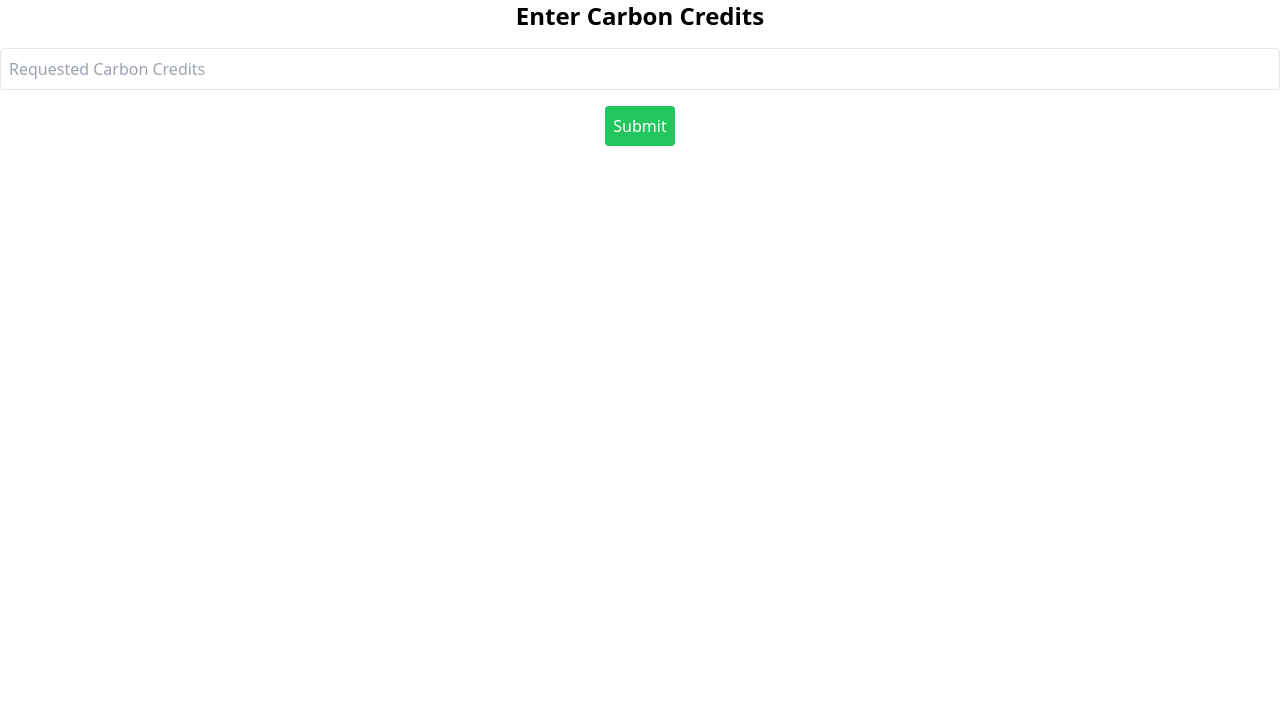
Repository: kayacancode/tolgrainger
Page: /input
An editor plug-in stored every save of this project. The page is shown before and after the next save, followed by the edit.
The browser window is 1280 px wide. The pictures show the whole page.
The project was rebuilt for these pictures with package versions that can differ from the ones it lists, and the page was loaded fresh each time. The framework's server and built-in components were replaced by stand-ins that run in the browser. Also part of the build but not shown: next.config.mjs.

Above is the page before, as saved 2024-10-23 16:34:00.

### src/app/input/page.tsx
"use client";


import { useState } from "react";
import { useRouter } from "next/navigation";

export default function CarbonInputPage() {
  const [credits, setCredits] = useState<number | "">("");
  const router = useRouter();

  const handleSubmit = (e: React.FormEvent) => {
    e.preventDefault();
    router.push("/result");
  };

  return (
    <form onSubmit={handleSubmit} className="space-y-4 text-center">
      <h2 className="text-2xl font-bold">Enter Carbon Credits</h2>
      <input
        type="number"
        placeholder="Requested Carbon Credits"
        value={credits}
        onChange={(e) => setCredits(e.target.value)}
        className="w-full p-2 border rounded"
      />
      <button type="submit" className="bg-green-500 text-white p-2 rounded">
        Submit
      </button>
    </form>
  );
}

### tailwind.config.js
/** @type {import('tailwindcss').Config} */
module.exports = {
  content: [
    "./src/**/*.{js,jsx,ts,tsx}", // Include all your React components
    "./public/index.html",
  ],
  theme: {
    extend: {},
  },
  plugins: [],
};

### src/components/SideBar.tsx
// components/Sidebar.tsx
"use client";

import React, { useState } from 'react';
import { useRouter } from 'next/navigation';

const Sidebar = () => {
  const router = useRouter();
  const [active, setActive] = useState<string>("");

  const handleNavigation = (path: string) => {
    setActive(path);
    router.push(path);
  };

  const links = [
    { name: "Home", path: "/" },
    { name: "Input", path: "/input" },
    { name: "Results", path: "/result" },
  ];

  return (
    <div className="w-64 h-screen bg-[#72A603] text-black flex flex-col">
      <h2 className="text-center text-2xl font-bold py-4">Tree of Life</h2>
      <nav className="flex-1">
        <ul>
          {links.map((link) => (
            <li key={link.path} className="py-2 px-4">
              <button
                className={`w-full text-left p-2 rounded hover:bg-gray-700 ${
                  active === link.path ? "bg-gray-700" : ""
                }`}
                onClick={() => handleNavigation(link.path)}
              >
                {link.name}
              </button>
            </li>
          ))}
        </ul>
      </nav>
    </div>
  );
};

export default Sidebar;

Loaded but not shown: src/app/layout.tsx (common file); src/app/globals.css (common file)

After the next save:
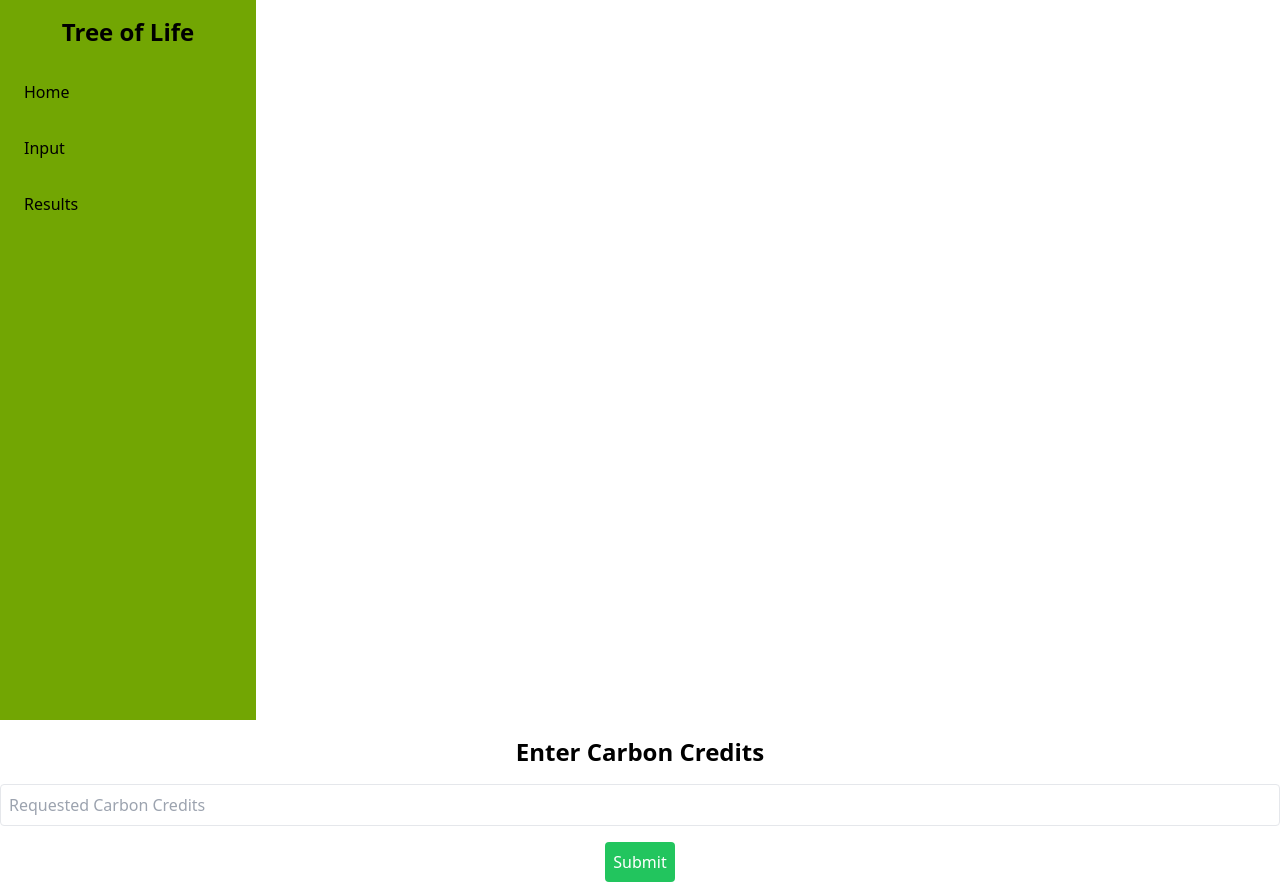
Saved 4 min 22 s later.
--- a/src/app/input/page.tsx
+++ b/src/app/input/page.tsx
@@ -3,6 +3,7 @@
 
 import { useState } from "react";
 import { useRouter } from "next/navigation";
+import Sidebar from "@/components/Sidebar";
 
 export default function CarbonInputPage() {
   const [credits, setCredits] = useState<number | "">("");
@@ -15,6 +16,7 @@ export default function CarbonInputPage() {
 
   return (
     <form onSubmit={handleSubmit} className="space-y-4 text-center">
+      <Sidebar />
       <h2 className="text-2xl font-bold">Enter Carbon Credits</h2>
       <input
         type="number"
